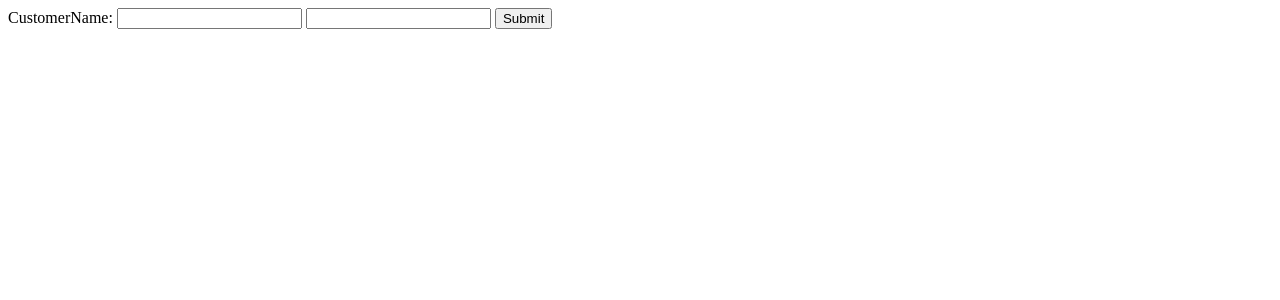
Repository: Rama-13/LaunchPadAllFiles
Page: java-workspace/SecondWebProject/WebContent/Welcome.html
The author's editor kept a copy of each file at every save. The page is drawn from the files as they stood at one save, then again after the next save.
The browser window is 1280 px wide. The pictures show the whole page.

Above is the page before, as saved 2019-07-29 06:04:43.

### java-workspace/SecondWebProject/WebContent/Welcome.html
<!DOCTYPE html>
<html>
<head>
<meta charset="ISO-8859-1">
<title>Product Project</title>
</head>
<body>
<form action = "products.html">
CustomerName: <input type = "text" name = "customerName">
<input type = "text" id = "password" name = "password">
<input type = "submit" name = "Login">

</form>

</body>
</html>

After the next save:
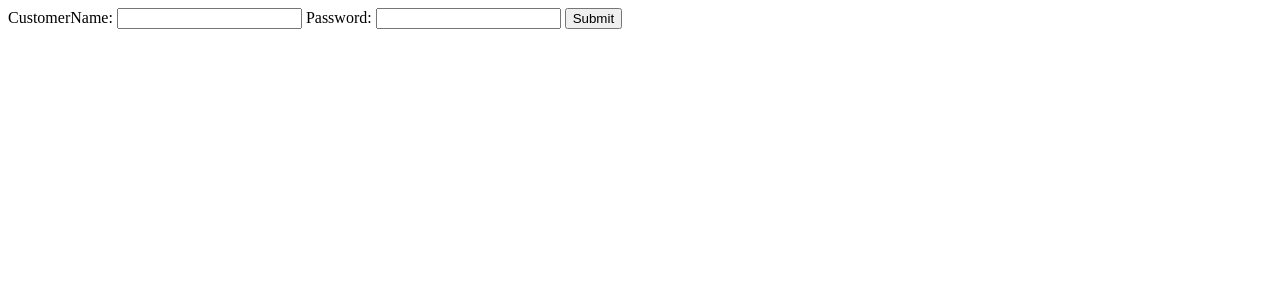
Saved 43 s later.
--- a/java-workspace/SecondWebProject/WebContent/Welcome.html
+++ b/java-workspace/SecondWebProject/WebContent/Welcome.html
@@ -7,7 +7,7 @@
 <body>
 <form action = "products.html">
 CustomerName: <input type = "text" name = "customerName">
-<input type = "text" id = "password" name = "password">
+Password: <input type = "text" id = "password" name = "password">
 <input type = "submit" name = "Login">
 
 </form>
